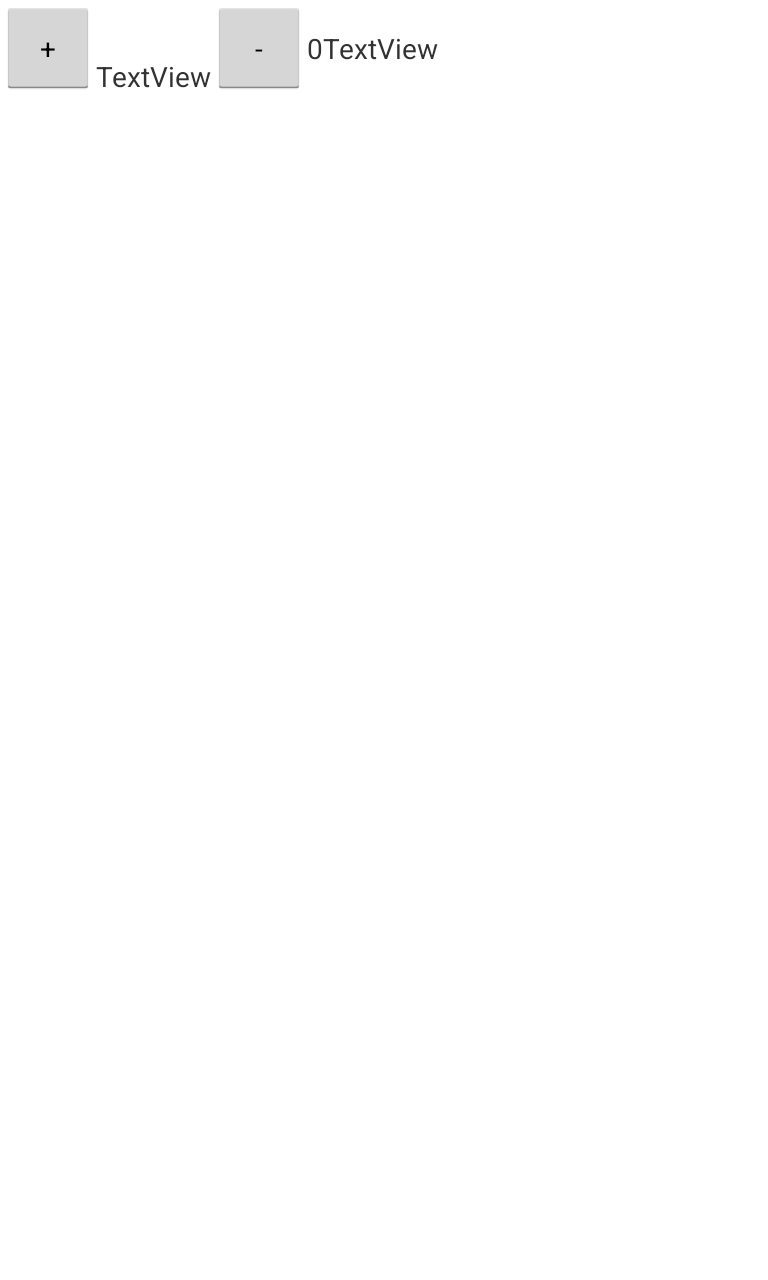
Repository: TeamSuperion/TeamSuperionSextonCalculator
Layout: SextonCalculator/res/layout/activity_browse_row.xml
An editor plug-in stored every save of this project. The layout is shown before and after the next save, followed by the edit.
It is drawn on a 768 x 1280 px phone screen (xhdpi) without system bars, with theme AppTheme; the app's code is not run.

Above is the layout before, as saved 2012-12-06 04:38:08.

After the next save:
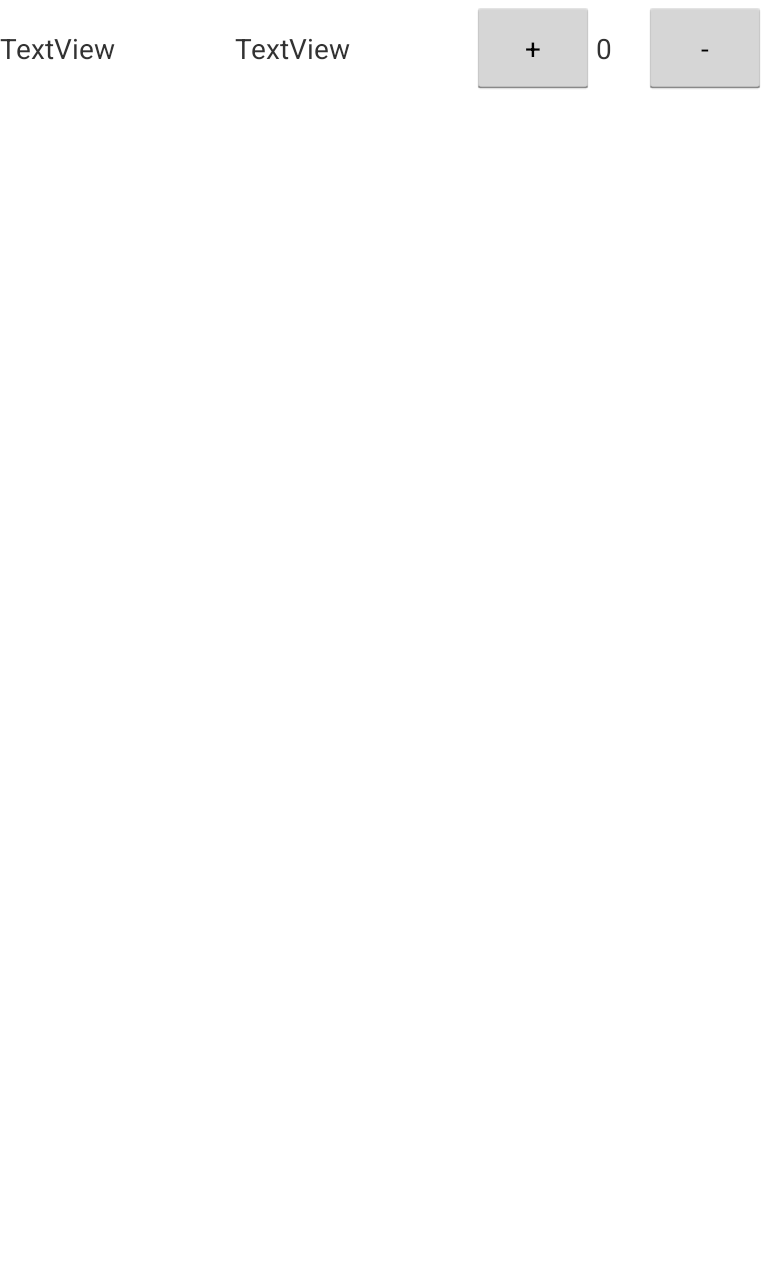
Saved 3 min 5 s later.
--- a/SextonCalculator/res/layout/activity_browse_row.xml
+++ b/SextonCalculator/res/layout/activity_browse_row.xml
@@ -5,47 +5,51 @@
     android:layout_height="match_parent"
     android:orientation="horizontal" >
 
+    <TextView
+        android:id="@+id/itemName_textView"
+        android:layout_width="wrap_content"
+        android:layout_height="wrap_content"
+        android:layout_weight="4"
+        android:text="@string/TextView" />
+
+    <TextView
+        android:id="@+id/itemPrice_textView"
+        android:layout_width="wrap_content"
+        android:layout_height="wrap_content"
+        android:layout_weight="4"
+        android:text="@string/TextView" />
+
+    <TextView
+        android:id="@+id/itemId_textView"
+        android:layout_width="wrap_content"
+        android:layout_height="wrap_content"
+        android:visibility="gone"
+        android:textAppearance="?android:attr/textAppearanceSmall" />
+
     <Button
         android:id="@+id/itemIncrease_button"
         style="?android:attr/buttonStyleSmall"
         android:layout_width="wrap_content"
         android:layout_height="wrap_content"
+        android:layout_weight="1"
         android:text="@string/plus"
         android:onClick="increaseQuantity" />
 
     <TextView
-        android:id="@+id/itemName_textView"
+        android:id="@+id/itemQuantity_textView"
         android:layout_width="wrap_content"
         android:layout_height="wrap_content"
-        android:layout_marginTop="14dp"
-        android:text="@string/TextView" />
+        android:layout_weight="1"
+        android:text="@string/zero" />
 
     <Button
         android:id="@+id/itemDecrease_button"
         style="?android:attr/buttonStyleSmall"
         android:layout_width="wrap_content"
         android:layout_height="wrap_content"
+        android:layout_weight="1"
         android:text="@string/minus"
         android:onClick="decreaseQuantity" />
 
-    <TextView
-        android:id="@+id/itemQuantity_textView"
-        android:layout_width="wrap_content"
-        android:layout_height="wrap_content"
-        android:text="@string/zero" />
-
-    <TextView
-        android:id="@+id/itemPrice_textView"
-        android:layout_width="wrap_content"
-        android:layout_height="wrap_content"
-        android:text="@string/TextView" />
-
-    <TextView
-        android:id="@+id/itemId_textView"
-        android:layout_width="wrap_content"
-        android:layout_height="wrap_content"
-        android:text="Small Text"
-        android:visibility="gone"
-        android:textAppearance="?android:attr/textAppearanceSmall" />
 
 </LinearLayout>
